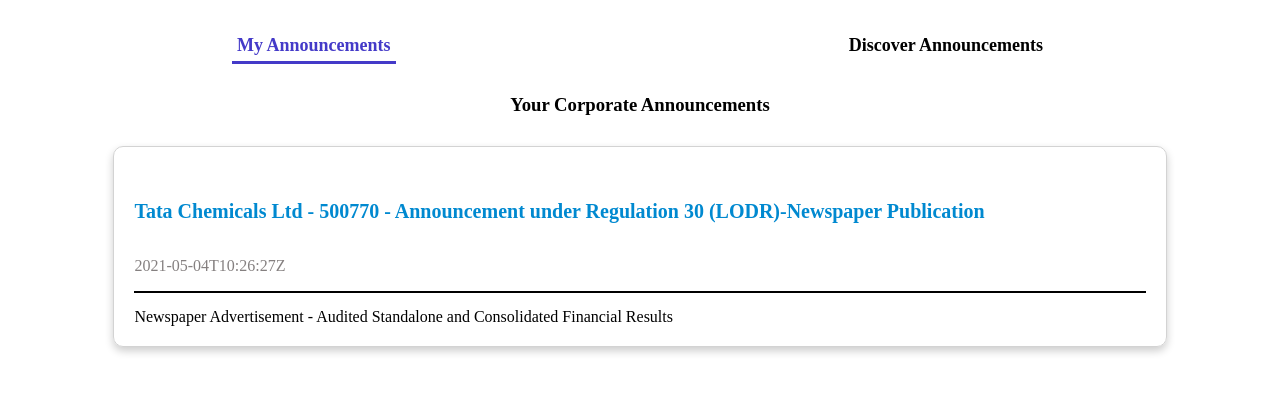
Repository: bhumikagohil/announcements
Page: announcements_tabs/index.html
The author's editor kept a copy of each file at every save. The page is drawn from the files as they stood at one save, then again after the next save.
The browser window is 1280 px wide. The pictures show the whole page.
The page's requests for data from a server got no answer.

Above is the page before, as saved 2021-05-13 14:01:52.

After the next save:
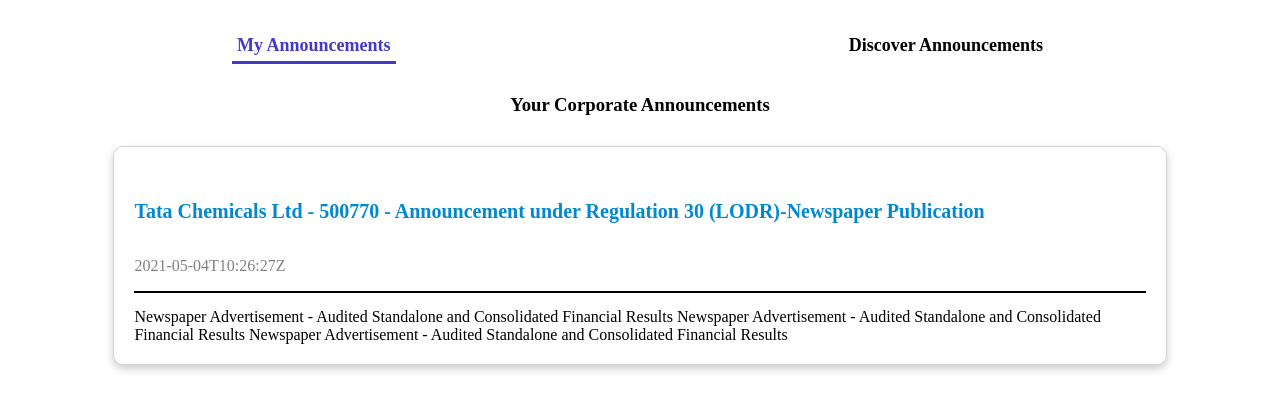
Saved 8 s later.
--- a/announcements_tabs/index.html
+++ b/announcements_tabs/index.html
@@ -44,6 +44,9 @@
                         <hr />
                         <div class="summary">
                             Newspaper Advertisement - Audited Standalone and Consolidated Financial Results
+                            Newspaper Advertisement - Audited Standalone and Consolidated Financial Results
+                            Newspaper Advertisement - Audited Standalone and Consolidated Financial Results
+
                         </div>
                     </div>
                 </div>
